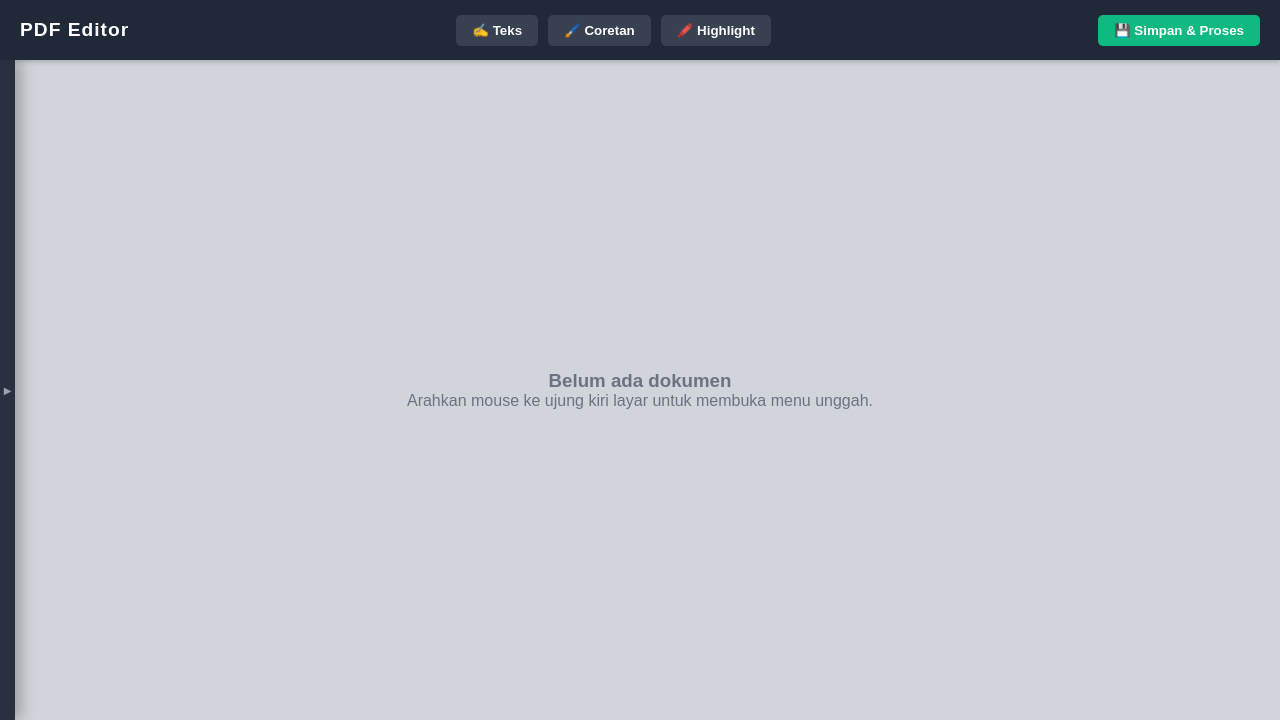
Repository: IkhsanMoekhtar/pdf_editor
Page: /
An editor plug-in stored every save of this project. The page is shown before and after the next save, followed by the edit.
The browser window is 1280 px wide. The pictures show the whole page.
The project was rebuilt for these pictures with package versions that can differ from the ones it lists, and the page was loaded fresh each time. Also part of the build but not shown: vite.config.js.

Above is the page before, as saved 2026-03-18 04:45:14.

After the next save:
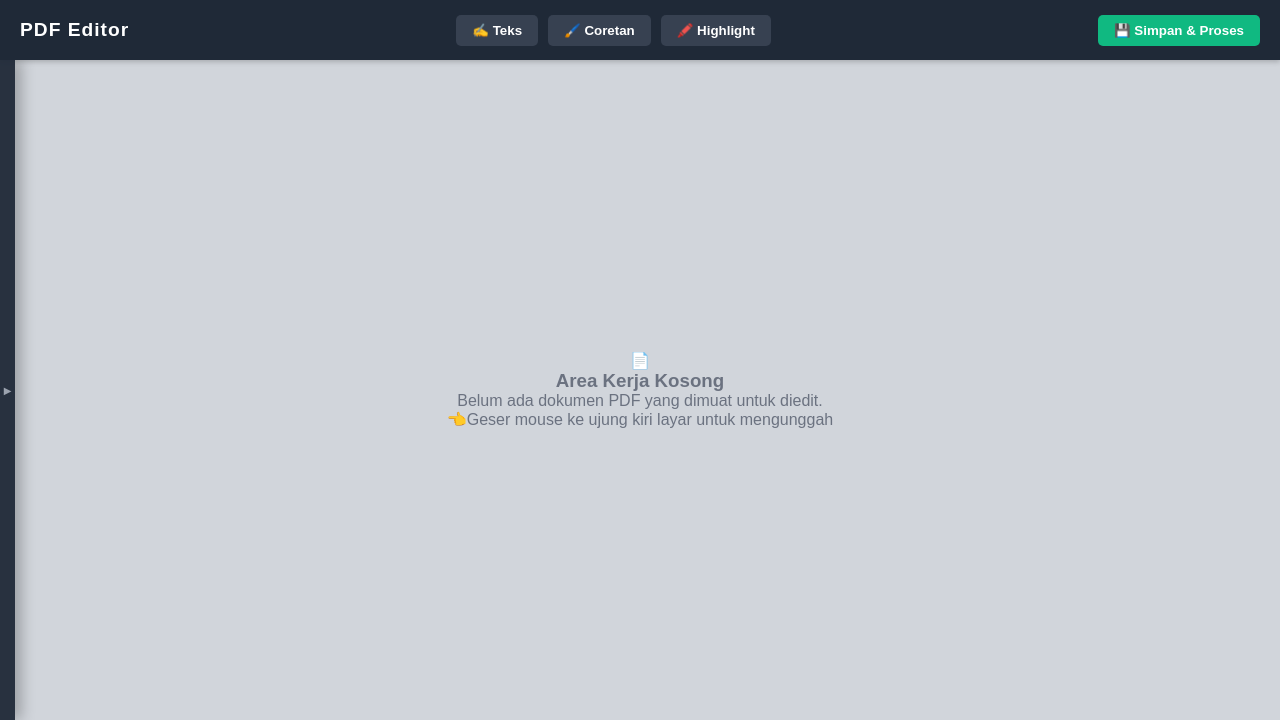
Saved 2 min 7 s later.
--- a/src/App.jsx
+++ b/src/App.jsx
@@ -99,8 +99,14 @@
             />
           ) : (
             <div className="empty-state">
-              <h3>Belum ada dokumen</h3>
-              <p>Arahkan mouse ke ujung kiri layar untuk membuka menu unggah.</p>
+              <div className="empty-state-icon">📄</div>
+              <h3>Area Kerja Kosong</h3>
+              <p>Belum ada dokumen PDF yang dimuat untuk diedit.</p>
+
+              <div className="upload-hint">
+                <span className="animate-bounce">👈</span>
+                Geser mouse ke ujung kiri layar untuk mengunggah
+              </div>
             </div>
           )}
         </div>

After the save that followed:
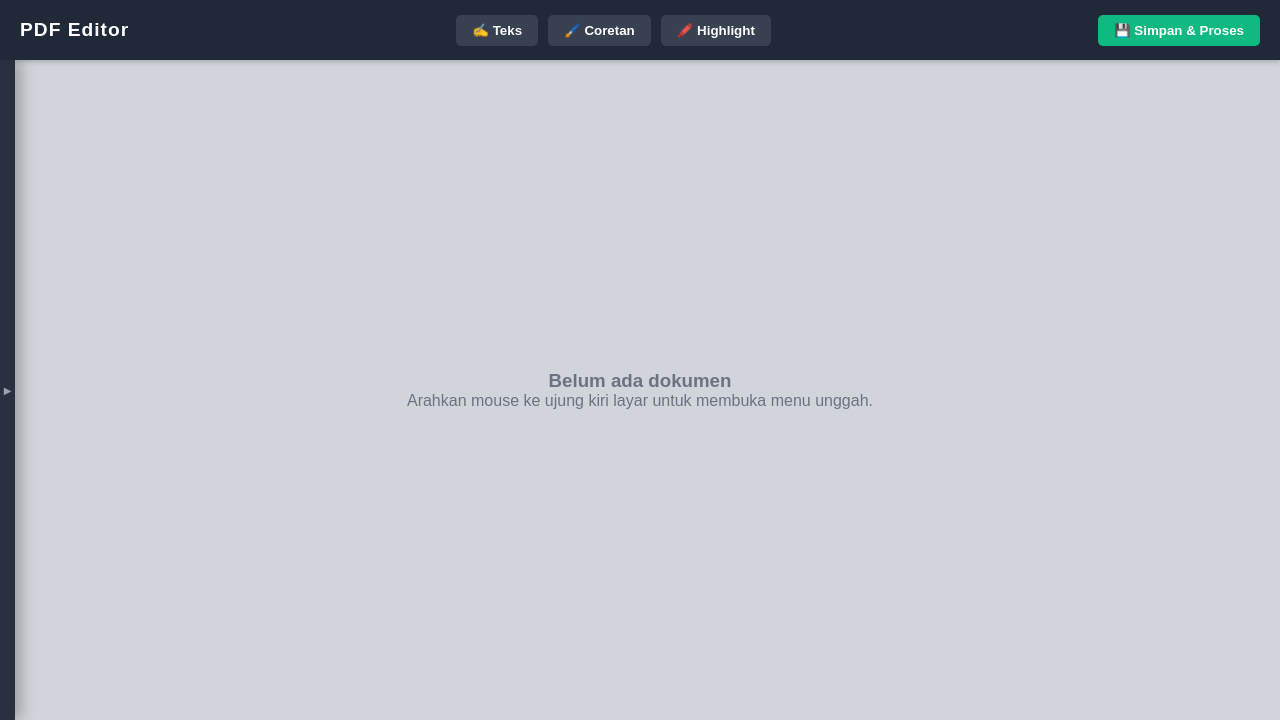
Saved 24 s later.
--- a/src/App.jsx
+++ b/src/App.jsx
@@ -99,14 +99,8 @@
             />
           ) : (
             <div className="empty-state">
-              <div className="empty-state-icon">📄</div>
-              <h3>Area Kerja Kosong</h3>
-              <p>Belum ada dokumen PDF yang dimuat untuk diedit.</p>
-
-              <div className="upload-hint">
-                <span className="animate-bounce">👈</span>
-                Geser mouse ke ujung kiri layar untuk mengunggah
-              </div>
+              <h3>Belum ada dokumen</h3>
+              <p>Arahkan mouse ke ujung kiri layar untuk membuka menu unggah.</p>
             </div>
           )}
         </div>
